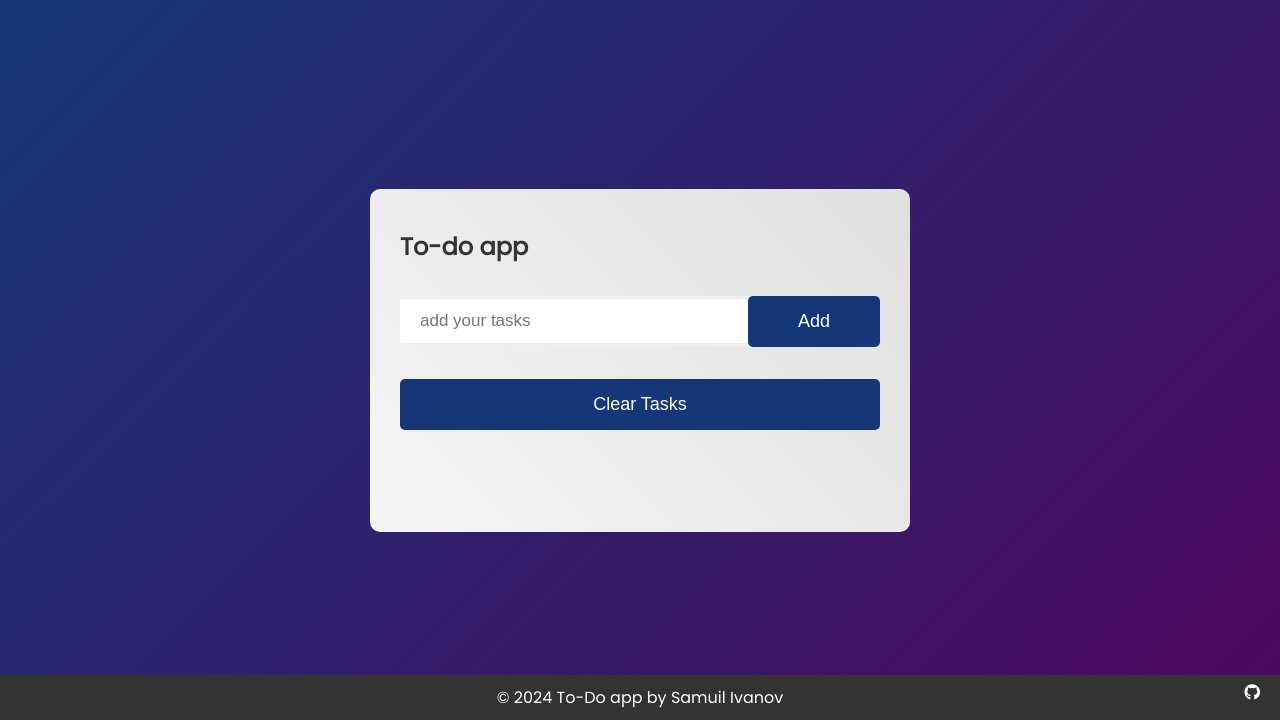
Repository: samoshi/To-do
Page: http://localhost/
The author's editor kept a copy of each file at every save. The page is drawn from the files as they stood at one save, then again after the next save.
The browser window is 1280 px wide. The pictures show the whole page.
The page is served by the project's application, run on Flask 3 (app/app.py). Queries for data that is not in the repository find no rows.

Above is the page before, as saved 2024-01-14 22:30:29.

After the next save:
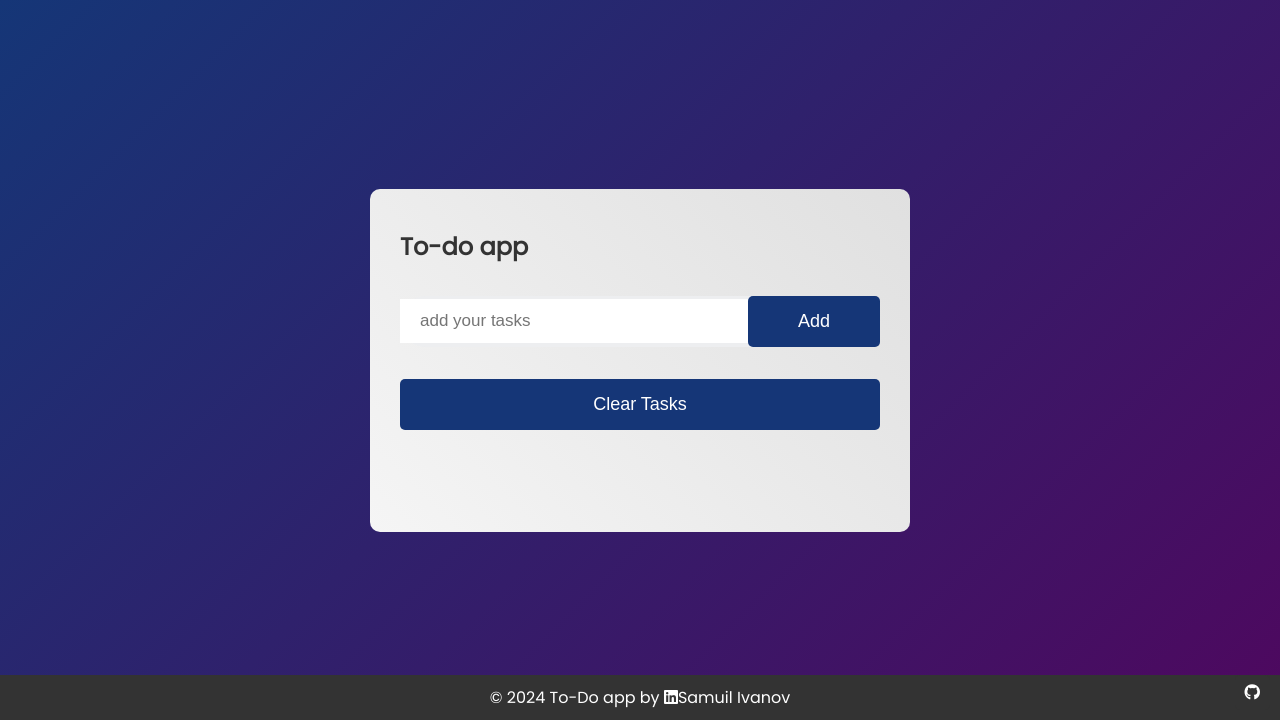
Saved 3 min 35 s later.
--- a/app/templates/index.html
+++ b/app/templates/index.html
@@ -44,7 +44,7 @@
         </div>
     </div>
     <div class="footer">
-        &copy; 2024 To-Do app by <a href="https://www.linkedin.com/in/samuil-ivanov-63782b170/">Samuil Ivanov</a>
+        &copy; 2024 To-Do app by <a href="https://www.linkedin.com/in/samuil-ivanov-63782b170/" target="_blank"><i class="fab fa-linkedin"></i>Samuil Ivanov</a>
     </div>
     <a href="https://github.com/samoshi/To-do" class="github-link" target="_blank">
         <i class="fab fa-github"></i>
